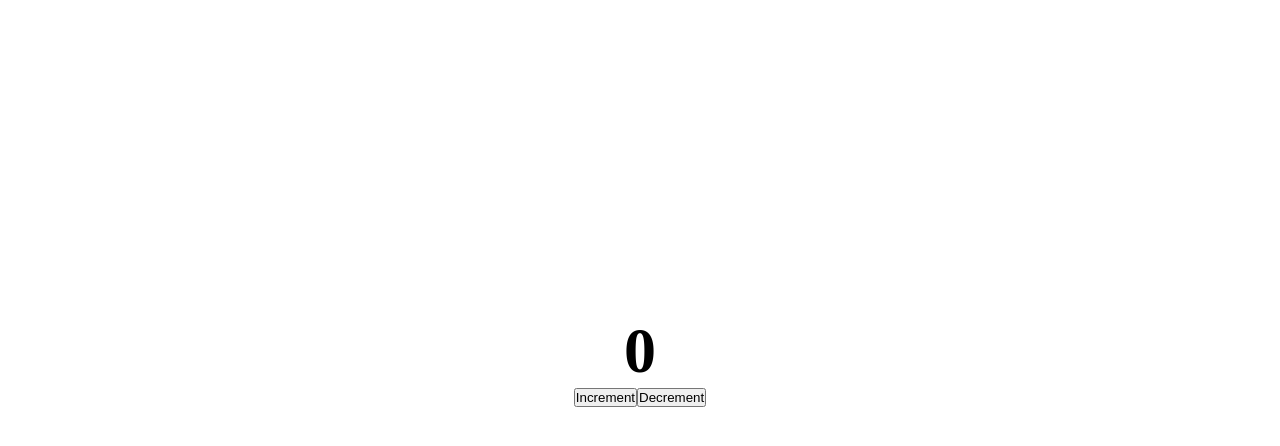
Repository: Ellisvelandia/react_introduction_test
Page: /
The author's editor kept a copy of each file at every save. The page is drawn from the files as they stood at one save, then again after the next save.
The browser window is 1280 px wide. The pictures show the whole page.
The project was rebuilt for these pictures with package versions that can differ from the ones it lists, and the page was loaded fresh each time. Also part of the build but not shown: src/index.css.

Above is the page before, as saved 2022-08-15 19:59:33.

After the next save:
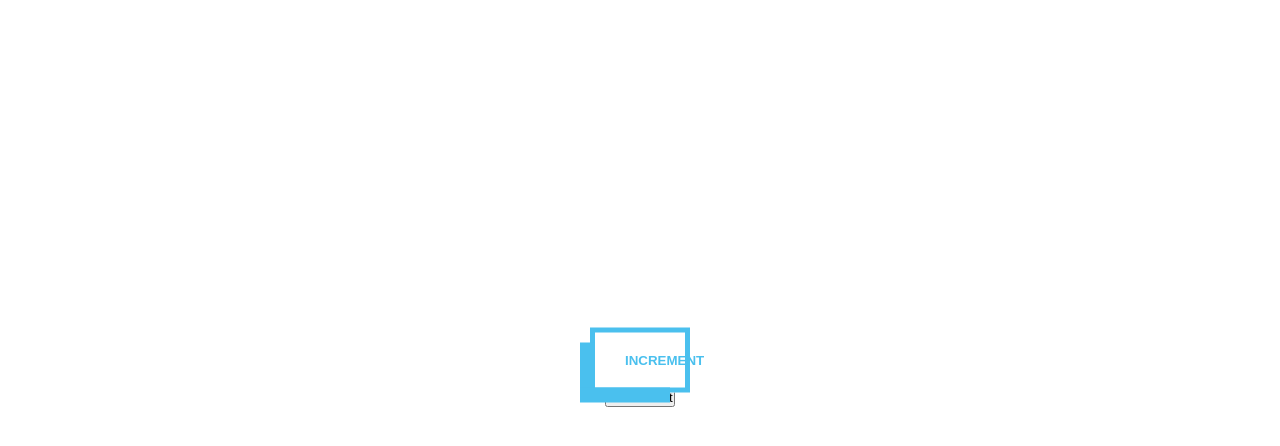
Saved 23 s later.
--- a/src/App.js
+++ b/src/App.js
@@ -20,7 +20,7 @@ const App = () => {
     <>
       <div className="container">
         <h1>{num}</h1>
-        <button className="" onClick={incrementNum}>Increment</button>
+        <button className="button_I" onClick={incrementNum}>Increment</button>
         <button onClick={decrementNum}>Decrement</button>
       </div>
     </>
